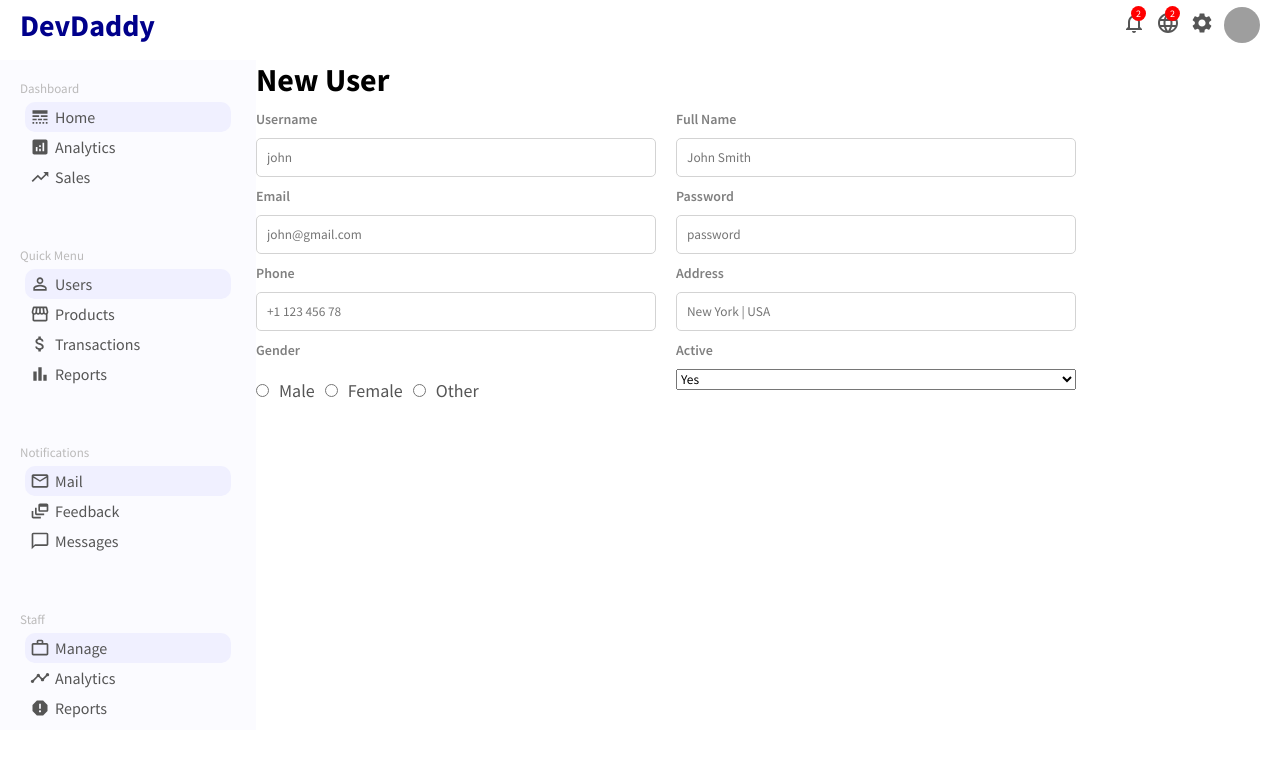
Repository: Marhamat92/react-admin-dashboard
Page: /newUser
An editor plug-in stored every save of this project. The page is shown before and after the next save, followed by the edit.
The browser window is 1280 px wide. The pictures show the whole page.
Pictures or frames that could not be fetched are drawn as grey boxes. The project was rebuilt for these pictures with package versions that can differ from the ones it lists, and the page was loaded fresh each time. Also part of the build but not shown: src/pages/home/home.scss, src/components/featuredInfo/featuredInfo.scss, src/components/featuredInfo/FeaturedInfo.js, src/components/chart/chart.scss, src/components/chart/Chart.js, src/data/userData.js, src/components/widgetSm/widgetSm.scss, src/components/widgetSm/WidgetSm.js and 8 more.

Above is the page before, as saved 2023-02-13 14:29:49.

### public/index.html
<!DOCTYPE html>
<html lang="en">

<head>
  <meta charset="utf-8" />
  <link rel="icon" href="%PUBLIC_URL%/favicon.ico" />
  <meta name="viewport" content="width=device-width, initial-scale=1" />
  <meta name="theme-color" content="#000000" />
  <meta name="description" content="Web site created using create-react-app" />
  <link rel="apple-touch-icon" href="%PUBLIC_URL%/logo192.png" />
  <link rel="preconnect" href="https://fonts.googleapis.com">
  <link rel="preconnect" href="https://fonts.gstatic.com" crossorigin>
  <link href="https://fonts.googleapis.com/css2?family=Source+Sans+Pro:wght@200;300;400;600;700;900&display=swap"
    rel="stylesheet">
  <!--
      manifest.json provides metadata used when your web app is installed on a
      user's mobile device or desktop. See https://developers.google.com/web/fundamentals/web-app-manifest/
    -->
  <link rel="manifest" href="%PUBLIC_URL%/manifest.json" />
  <!--
      Notice the use of %PUBLIC_URL% in the tags above.
      It will be replaced with the URL of the `public` folder during the build.
      Only files inside the `public` folder can be referenced from the HTML.

      Unlike "/favicon.ico" or "favicon.ico", "%PUBLIC_URL%/favicon.ico" will
      work correctly both with client-side routing and a non-root public URL.
      Learn how to configure a non-root public URL by running `npm run build`.
    -->
  <style>
    * {
      font-family: 'Source Sans Pro', sans-serif;
      margin: 0;

    }
  </style>
  <title>DevDaddy Admin Dashboard</title>
</head>

<body>
  <noscript>You need to enable JavaScript to run this app.</noscript>
  <div id="root"></div>
  <!--
      This HTML file is a template.
      If you open it directly in the browser, you will see an empty page.

      You can add webfonts, meta tags, or analytics to this file.
      The build step will place the bundled scripts into the <body> tag.

      To begin the development, run `npm start` or `yarn start`.
      To create a production bundle, use `npm run build` or `yarn build`.
    -->
</body>

</html>

### src/index.js
import React from 'react';
import ReactDOM from 'react-dom/client';
import App from './App';
import { BrowserRouter } from "react-router-dom";


const root = ReactDOM.createRoot(document.getElementById('root'));
root.render(
  <BrowserRouter>
    <App />
  </BrowserRouter>

);

### src/App.js
import Topbar from "./components/Topbar/Topbar";
import Sidebar from "./components/sidebar/Sidebar";
import "./app.scss";
import Home from "./pages/home/Home";
import UserList from "./pages/userList/UserList";
import User from "./pages/user/User";
import NewUser from "./pages/newUser/NewUser";
import {
  Routes,
  Route,
  Link,
} from "react-router-dom";



function App() {
  return (
    <>
      <Topbar />
      <div className="container">
        <Sidebar />
        <Routes>
          <Route path="/" element={<Home />} />
          <Route path="/users" element={<UserList />} />
          <Route path="/newUser" element={<NewUser />} />
          <Route path="/user/:userId" element={<User />} />
        </Routes>
      </div>
    </>

  );
}

export default App;

### src/components/Topbar/Topbar.jsx
import React from 'react'
import "./topbar.scss"
import { Language, NotificationsNone, Settings } from '@mui/icons-material'

function Topbar() {
  return (
    <div className="topbar" >
       <div className='topbarWrapper' >
          <div className='topLeft' >
            <span className='logo'>DevDaddy</span>
          </div>
          <div className='topRight' >
             <div className='topbarIconContainer' >
               <NotificationsNone/>
                <span className='topIconBadge'>2</span>
             </div>
             <div className='topbarIconContainer' >
               <Language/>
                <span className='topIconBadge'>2</span>
             </div>
             <div className='topbarIconContainer' >
               <Settings/>
             </div>
             <img className='topAvatar' src='https://i.pinimg.com/originals/99/ee/d8/99eed8642bbb66a71d0f1677d18a2587.jpg' alt="jack sheperd" />
          </div>
       </div>
    </div>
  )
}

export default Topbar

### src/components/sidebar/Sidebar.js
import React from 'react'
import './sidebar.scss'
import { Analytics, AttachMoney, ChatBubbleOutline, DynamicFeed, LineStyle, MailOutline, PermIdentity, Report, Storefront, Timeline, TrendingUp, WorkOutline, BarChart } from '@mui/icons-material'



function Sidebar() {
  return (
    <div className='sidebar'>
      <div className='sidebarWrapper'>
        <div className='sidebarMenu' >
          <div className='sidebarTitle'>
            Dashboard
          </div>
          <ul className='sidebarList'>
            <li className='sidebarListItem active'>
              <LineStyle className='sidebarIcon' />
              Home
            </li>
            <li className='sidebarListItem'>
              <Analytics className='sidebarIcon' />
              Analytics
            </li>
            <li className='sidebarListItem'>
              <TrendingUp className='sidebarIcon' />
              Sales
            </li>
          </ul>
        </div>
      </div>

      <div className='sidebarWrapper'>
        <div className='sidebarMenu' >
          <div className='sidebarTitle'>
            Quick Menu
          </div>
          <ul className='sidebarList'>
            <li className='sidebarListItem active'>
              <PermIdentity className='sidebarIcon' />
              Users
            </li>
            <li className='sidebarListItem'>
              <Storefront className='sidebarIcon' />
              Products
            </li>
            <li className='sidebarListItem'>
              <AttachMoney className='sidebarIcon' />
              Transactions
            </li>
            <li className='sidebarListItem'>
              <BarChart className='sidebarIcon' />
              Reports
            </li>
          </ul>
        </div>
      </div>

      <div className='sidebarWrapper'>
        <div className='sidebarMenu' >
          <div className='sidebarTitle'>
            Notifications
          </div>
          <ul className='sidebarList'>
            <li className='sidebarListItem active'>
              <MailOutline className="sidebarIcon" />
              Mail
            </li>
            <li className='sidebarListItem'>
              <DynamicFeed className="sidebarIcon" />
              Feedback
            </li>
            <li className='sidebarListItem'>
              <ChatBubbleOutline className="sidebarIcon" />
              Messages
            </li>
          </ul>
        </div>
      </div>

      <div className='sidebarWrapper'>
        <div className='sidebarMenu' >
          <div className='sidebarTitle'>
            Staff
          </div>
          <ul className='sidebarList'>
            <li className='sidebarListItem active'>
              <WorkOutline className="sidebarIcon" />
              Manage
            </li>
            <li className='sidebarListItem'>
              <Timeline className="sidebarIcon" />
              Analytics
            </li>
            <li className='sidebarListItem'>
              <Report className="sidebarIcon" />
              Reports
            </li>
          </ul>
        </div>
      </div>
    </div>
  )
}

export default Sidebar

### src/app.scss
.container {
  display:flex;
  margin-top: 10px;
}

### src/pages/newUser/NewUser.js
import React from 'react'
import './newUser.scss'

function NewUser() {
  return (
    <div className='newUser' >
      <h1 className='newUserTitle' >New User</h1>
      <form className='newUserForm' >
        <div className='newUserItem' >
          <label>Username</label>
          <input type='text' placeholder='john' />
        </div>
        <div className='newUserItem' >
          <label>Full Name</label>
          <input type='text' placeholder='John Smith' />
        </div>
        <div className='newUserItem' >
          <label>Email</label>
          <input type='email' placeholder='john@gmail.com' />
        </div>
        <div className='newUserItem' >
          <label>Password</label>
          <input type='password' placeholder='password' />
        </div>
        <div className='newUserItem' >
          <label>Phone</label>
          <input type='text' placeholder='+1 123 456 78' />
        </div>
        <div className='newUserItem' >
          <label>Address</label>
          <input type='text' placeholder='New York | USA' />
        </div>
        <div className='newUserItem' >
          <label>Gender</label>
          <div className='newUserGender' >
            <input type="radio" name="gender" id="male" value="male" />
            <label for="male">Male</label>
            <input type="radio" name="gender" id="female" value="female" />
            <label for="female">Female</label>
            <input type="radio" name="gender" id="other" value="other" />
            <label for="other">Other</label>
          </div>
        </div>
        <div className='newUserItem' >
          <label>Active</label>
          <select className='newUserSelect' name='active' id='active' >
            <option value='yes' >Yes</option>
            <option value='no' >No</option>
          </select>
        </div>
      </form>
    </div>
  )
}

export default NewUser

### src/components/Topbar/topbar.scss
.topbar{
  width:100%;
  height: 50px;
  background-color: white;
  position: sticky;
  top:0;
  z-index: 999;
}

.topbarWrapper{
  height: 100%;
  padding: 0px 20px;
  display: flex;
  align-items: center;
  justify-content: space-between;
}

.logo{
  font-weight:bold;
  font-size: 30px;
  color:darkblue;
  cursor: pointer;
}

.topRight{
  display:flex;
  align-items: center;
}

.topbarIconContainer{
  position:relative;
  cursor: pointer;
  margin-right:10px;
  color:#555;
}

.topIconBadge{
  width: 15px;
  height: 15px;
  display: flex;
  align-items: center;
  justify-content: center;
  position:absolute;
  top:-5px;
  right:0px;
  background-color: red;
  color:white;
  border-radius: 50%;
  font-size: 10px;
}

.topAvatar{
  width: 36px;
  height: 36px;
  border-radius: 50%;
  object-fit: cover;
  cursor: pointer;
}

### src/components/sidebar/sidebar.scss
.sidebar{
  flex:1;
  height:calc(100vh - 50px);
  background-color: rgb(251,251,255);
  position: sticky;
  top: 50px;
  align-self: flex-start;

}

.sidebarWrapper{
  padding: 20px;
  color:#555;
}

.sidebarMenu{
  margin-bottom:10px;
}

.sidebarTitle{
  font-size: 13px;
  color:rgb(187,186,186);
}

.sidebarList{
  list-style: none;
  padding:5px;
}

.sidebarListItem{
  padding:5px;
  cursor:pointer;
  display:flex;
  align-items:center;
  border-radius: 10px;
}

.sidebarListItem.active,
.sidebarListItem:hover{
  background-color: rgb(240,240,255);
}

.sidebarIcon{
  margin-right: 5px;
  font-size: 20px !important;
}

### src/pages/newUser/newUser.scss
.newUser{
  flex:4;
}

.newUserForm{
  display: flex;
  flex-wrap:wrap;
}

.newUserItem{
  width:400px;
  display: flex;
  flex-direction: column;
  margin-top: 10px;
  margin-right:20px;
}

.newUserItem>label{
  font-weight: 600;
  margin-bottom: 10px;
  font-size: 14px;
  color:gray;
}

.newUserItem>input{
  padding: 10px;
  border: 1px solid lightgray;
  border-radius: 5px;
}

.newUserGender>input{
  margin-top: 15px;

}

.newUserGender>label{
  margin: 10px;
  font-size: 18px;
  color: #555;
}

After the next save:
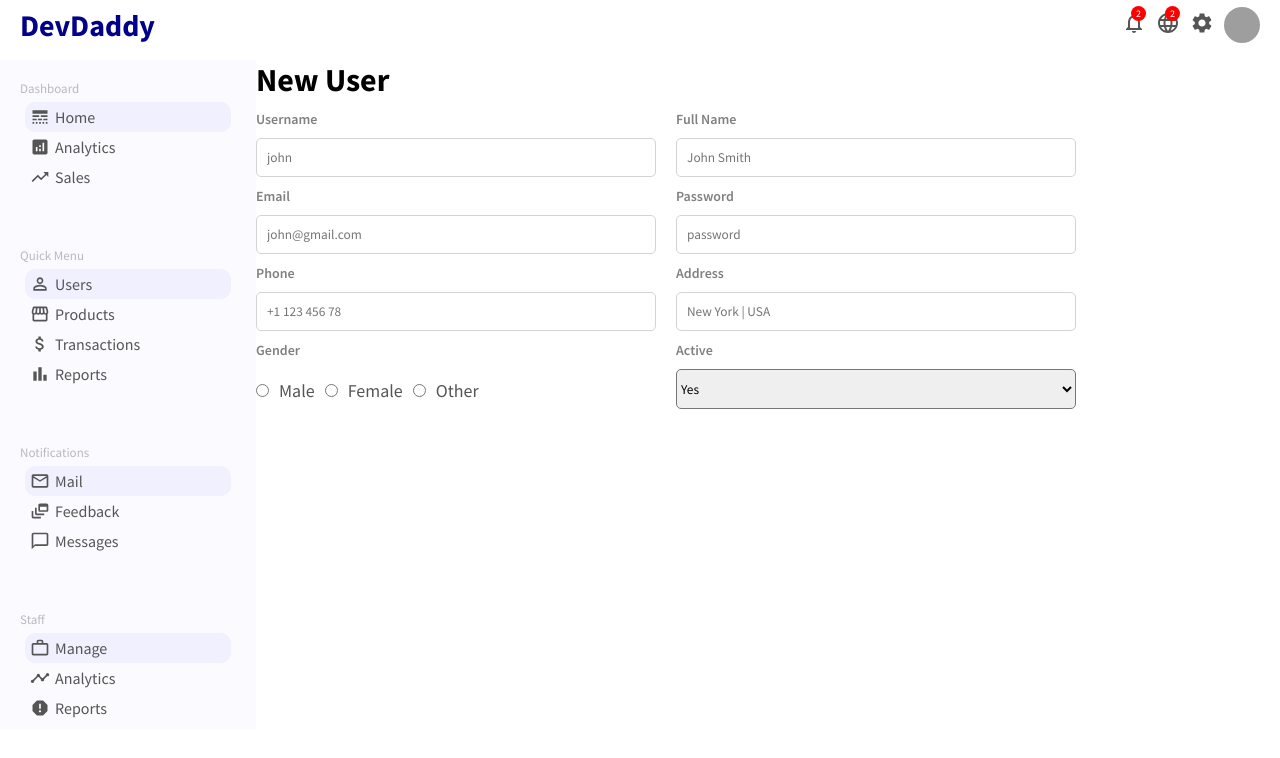
Saved 87 s later.
--- a/src/pages/newUser/newUser.scss
+++ b/src/pages/newUser/newUser.scss
@@ -38,3 +38,8 @@
   font-size: 18px;
   color: #555;
 }
+
+.newUserSelect{
+  height: 40px;
+  border-radius:5px;
+}
